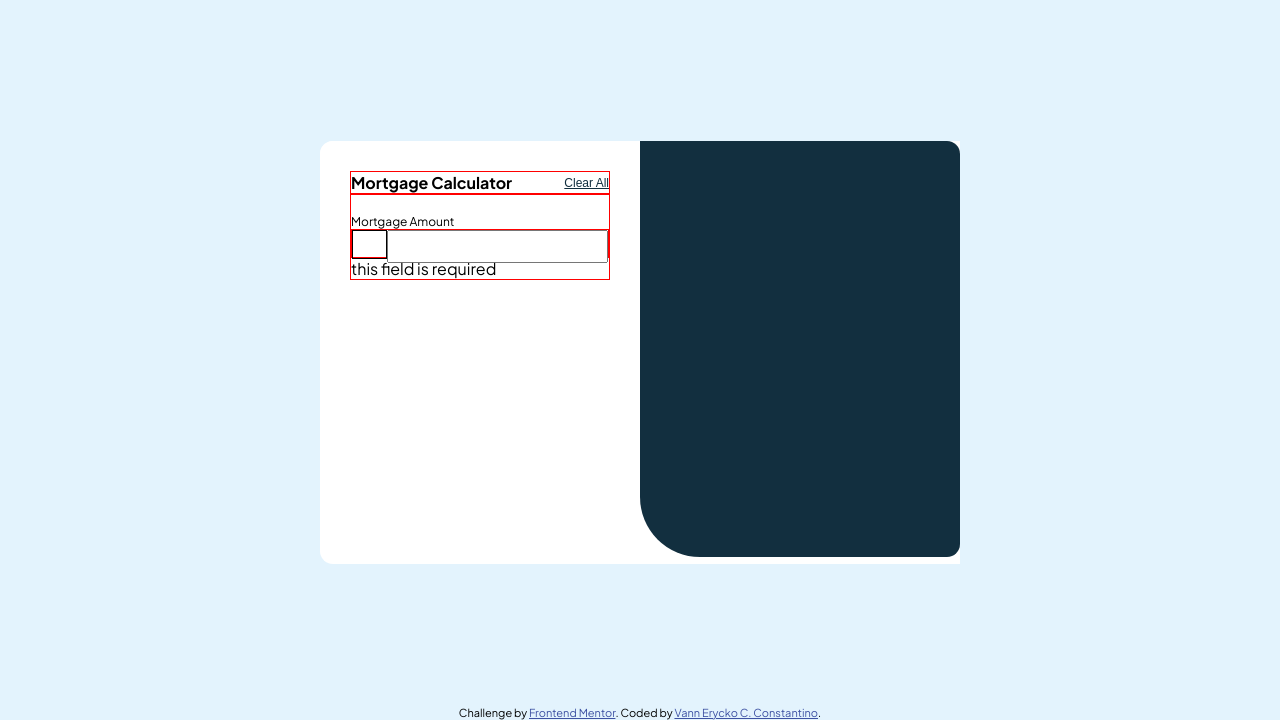
Repository: kocokoy/mortgage-repayment-calculator
Page: index.html
The author's editor kept a copy of each file at every save. The page is drawn from the files as they stood at one save, then again after the next save.
The browser window is 1280 px wide. The pictures show the whole page.

Above is the page before, as saved 2024-10-29 10:42:59.

### index.html
<!DOCTYPE html>
<html lang="en">
<head>
  <meta charset="UTF-8">
  <meta name="viewport" content="width=device-width, initial-scale=1.0"> <!-- displays site properly based on user's device -->

  <link rel="icon" type="image/png" sizes="32x32" href="./assets/images/favicon-32x32.png">
  <link rel="stylesheet" href="/styles/style.css">
  <link rel="preconnect" href="https://fonts.googleapis.com">
<link rel="preconnect" href="https://fonts.gstatic.com" crossorigin>
<link href="https://fonts.googleapis.com/css2?family=Karla:ital,wght@0,200..800;1,200..800&family=Plus+Jakarta+Sans:ital,wght@0,200..800;1,200..800&family=Red+Hat+Text:ital,wght@0,300..700;1,300..700&display=swap" rel="stylesheet">

  <title>Frontend Mentor | Mortgage repayment calculator</title>
</head>
<body>
  <div class="container">
    <div class="container-card">
      <div class="mortgage-calculator-side">
        <div class="mortgage-calculator-header">
          <p>Mortgage Calculator</p>
          <button>Clear All</button>
        </div>
        <div class="mortgage-calculator-amount">
          <p>Mortgage Amount</p>
          <div class="mortgage-calculator-amount-input">
            <div></div>
            <input type="text">
          </div>
          <div>
            this field is required
          </div>
        </div>
        <div></div>
        <div></div>
        <div></div>
      </div>
      <div class="result-side"></div>
    </div>
  </div>


  <div class="attribution">
    Challenge by <a href="https://www.frontendmentor.io?ref=challenge">Frontend Mentor</a>.
    Coded by <a href="#">Vann Erycko C. Constantino</a>.
  </div>
</body>
</html>

### styles/style.css
:root{
/* Primary */

--lime: hsl(61, 70%, 52%);
--red: hsl(4, 69%, 50%);

/* Neutral */

--white: hsl(0, 0%, 100%);
--slate100: hsl(202, 86%, 94%);
--slate300: hsl(203, 41%, 72%);
--slate500: hsl(200, 26%, 54%);
--slate700: hsl(200, 24%, 40%);
--slate900: hsl(202, 55%, 16%);
}

.attribution {
  font-size: 11px; text-align: center;
 }
.attribution a {
  color: hsl(228, 45%, 44%);
 }

body{
  margin: 0;
  padding: 0;
  font-family: Plus Jakarta Sans;
  background-color: var(--slate100);
}
.container{
  height: 98vh;
  display: flex;
  flex-direction: column;
  justify-content: center;
  align-items: center;
}
.container-card{
  display: flex;
  flex-direction: row;
  height: 60%;
  width: 50%;
  background-color: var(--white);
  border-bottom-left-radius: 13px;
  border-top-left-radius: 13px;

}
.mortgage-calculator-side{
height: 84%;
width: 50%;
background-color: var(--white);
border-bottom-left-radius: 13px;
border-top-left-radius: 13px;
padding: 30px;

}
.result-side{
  height: 84%;
  width: 50%;
  padding: 30px;
  overflow: hidden;
  background-color: var(--slate900);
  border-bottom-left-radius: 60px;
  border-bottom-right-radius: 13px;
  border-top-right-radius: 13px;
}

/*Mortgage Calculator Header */
.mortgage-calculator-header{
  border: 1px solid red;
  display: flex;
  flex-direction: row;
  align-items: center;
  justify-content: space-between;
}
.mortgage-calculator-header p{
 margin: 0;
 font-weight: 700;
}
.mortgage-calculator-header button{
 margin: 0;
 font-weight: 500;
 font-size: 12px;
 color: var(--slate900);
 background-color: var(--white);
 text-decoration: underline;
 cursor: pointer;
 border: none;
 padding: 0;
}

/*Mortgage Calculator Amount  */
.mortgage-calculator-amount{
  padding-top: 19px ;
  border: 1px solid red;
  display: flex;
  flex-direction: column;
}
.mortgage-calculator-amount p{
  margin: 0;
  font-size: 12px;
}

.mortgage-calculator-amount-input{
  display: flex;
  flex-direction: row;
  height: 27px;
  border: 1px solid red;
}
.mortgage-calculator-amount-input div{
  border: 1px solid black;
  height: 100%;
  width: 40px;
}
.mortgage-calculator-amount-input input{
  height: 100%;
  width: 100%;
}

After the next save:
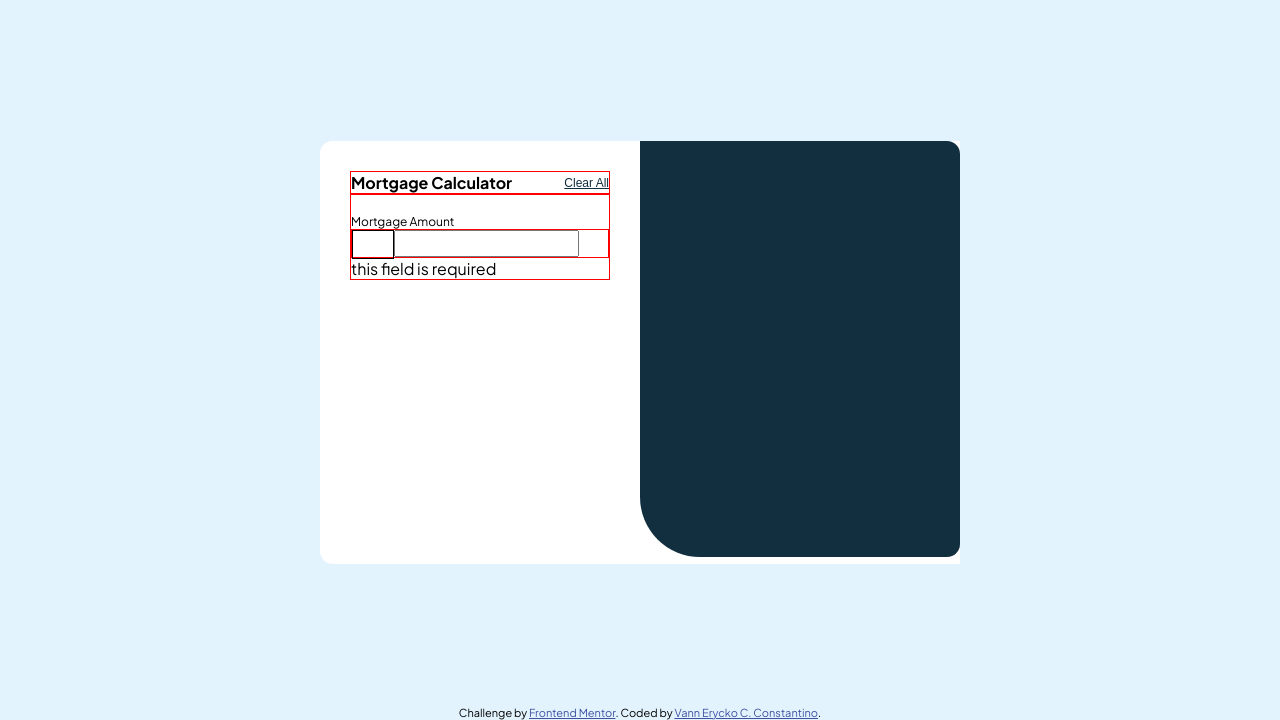
Saved 7 s later.
--- a/styles/style.css
+++ b/styles/style.css
@@ -111,7 +111,7 @@ padding: 30px;
   height: 100%;
   width: 40px;
 }
-.mortgage-calculator-amount-input input{
+/* .mortgage-calculator-amount-input input{
   height: 100%;
   width: 100%;
-}
+} */
